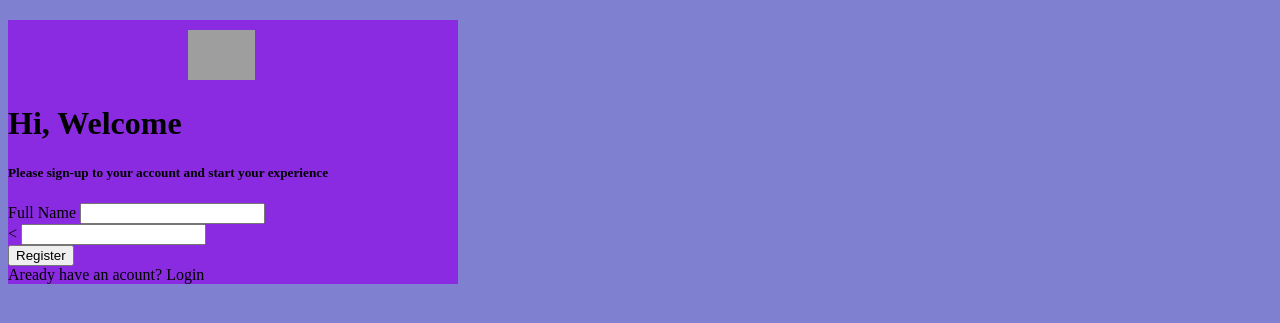
Repository: KingBoyMaylow/movie-task
Page: index.html
These files come from the project's save history. The page is drawn as it stood at one moment and after the next save; the edit follows.
The browser window is 1280 px wide. The pictures show the whole page.
Pictures or frames that could not be fetched are drawn as grey boxes.

Above is the page before, as saved 2024-05-20 08:24:23.

### index.html
<!DOCTYPE html>
<html>
<head>
    <link rel="stylesheet" href="html.css">
  <title>document</title>
</head>
<body>
    <div class="sign-up-div">
        <img src="download.png" alt="div">
        <h1>Hi, Welcome</h1>
  <h5>Please sign-up to your account and start your experience</h5>

  <form action="signup.php" method="post">
    <label for="Full Name">Full Name</label>
    <input type="text" id="Full Name" name="Full Name" required><br>

    <<i class="mdi mdi-label:"></i>
    <input type="email" id="Email1" name ="Email1" required><br>



    <input type="submit" value="Register">
  </form>
  <span>Aready have an acount?</span> <span>Login</span>
    </div>

</form>
</body>
</html>

### html.css
body{
    background-color:  rgb(128, 128, 209);
}
.sign-up-div{
    background-color: blueviolet;
    width: 450px;
    margin-top: 20px;
}
img{
    height: 50px;
    cursor: pointer;
    margin-left: 40%;
    margin-top: 10px;
}

After the next save:
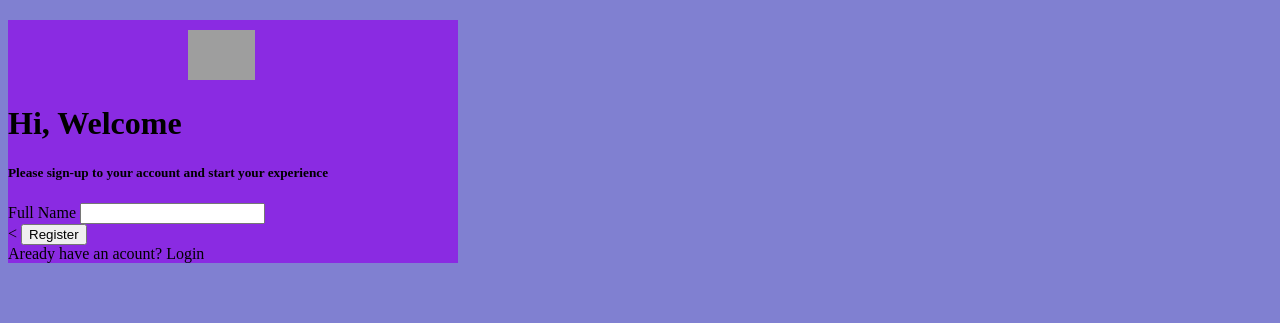
Saved 19 s later.
--- a/index.html
+++ b/index.html
@@ -15,7 +15,7 @@
     <input type="text" id="Full Name" name="Full Name" required><br>
 
     <<i class="mdi mdi-label:"></i>
-    <input type="email" id="Email1" name ="Email1" required><br>
+
 
 
 
